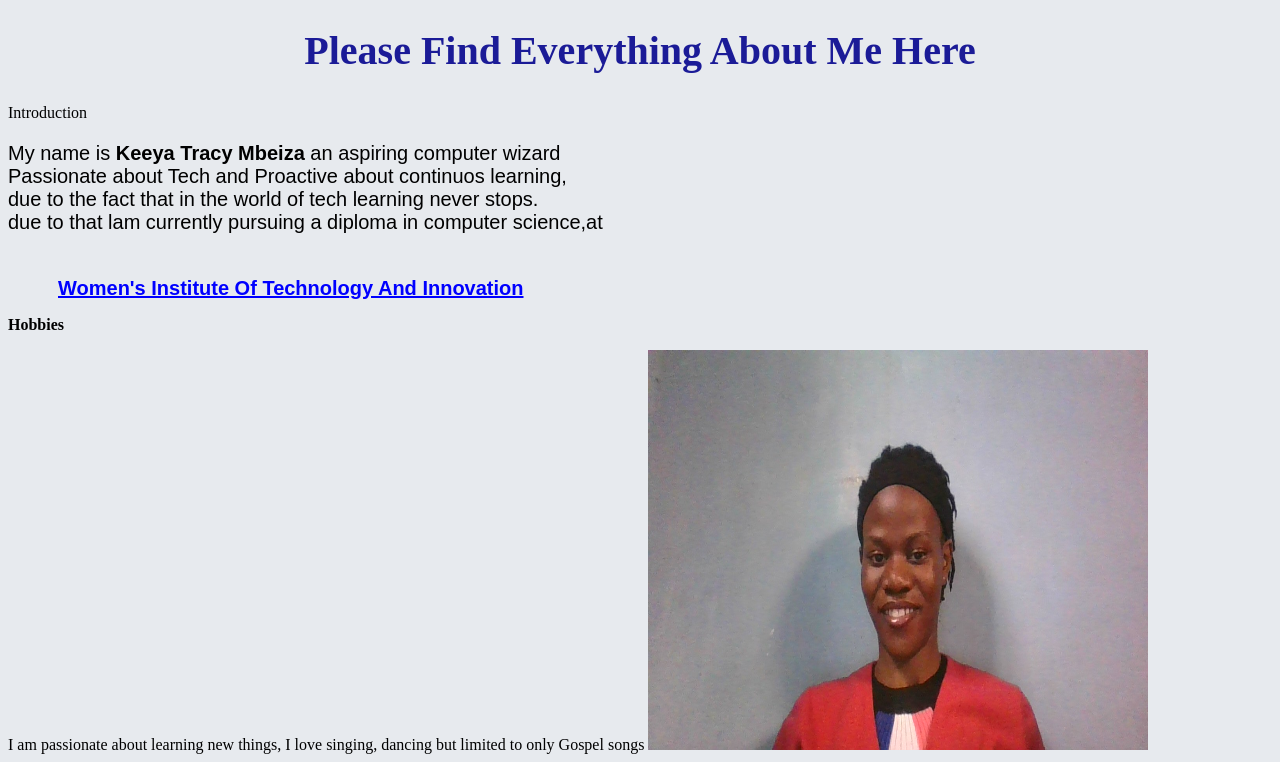
Repository: tracykeeya/my_first_web
Page: index.html
The author's editor kept a copy of each file at every save. The page is drawn from the files as they stood at one save, then again after the next save.
The browser window is 1280 px wide. The pictures show the whole page.

Above is the page before, as saved 2025-11-03 11:44:39.

After the next save:
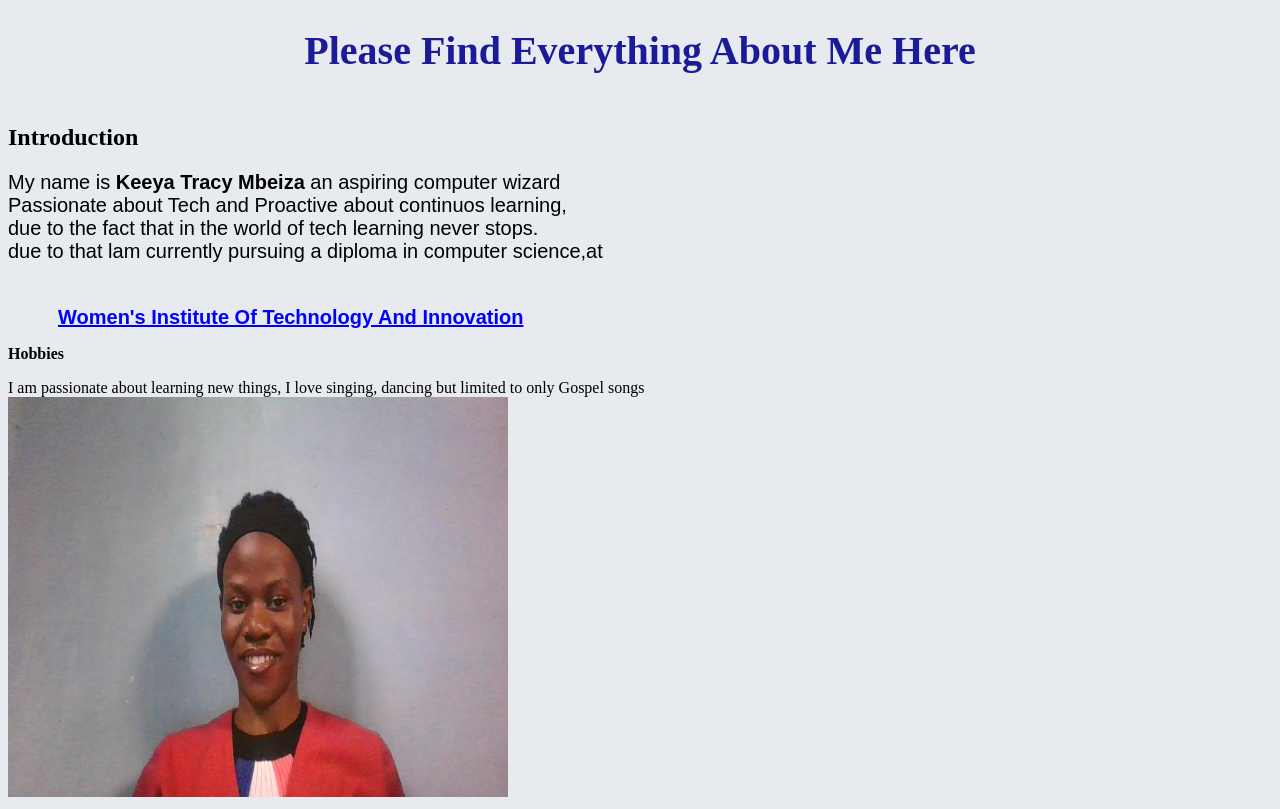
Saved 10 s later.
--- a/index.html
+++ b/index.html
@@ -12,7 +12,7 @@
 
     <!-- putting the text and the img in one section -->
     <div style="display: flex; align-items: flex-start; justify-content: space-between;">
-        <div
+        <div style="width: 60%;">
     <h2>Introduction</h2>
 
     <p style="font-size: 20px; font-family: Arial, Helvetica, sans-serif; text-align: left; color: rgb(0, 0, 0)">My name is<strong> Keeya Tracy Mbeiza</strong> an aspiring computer wizard<br>Passionate about Tech and Proactive about continuos learning,<br> due to the fact that in the world of tech learning never stops.<br> due to that lam currently pursuing a diploma in computer science,at<br>
